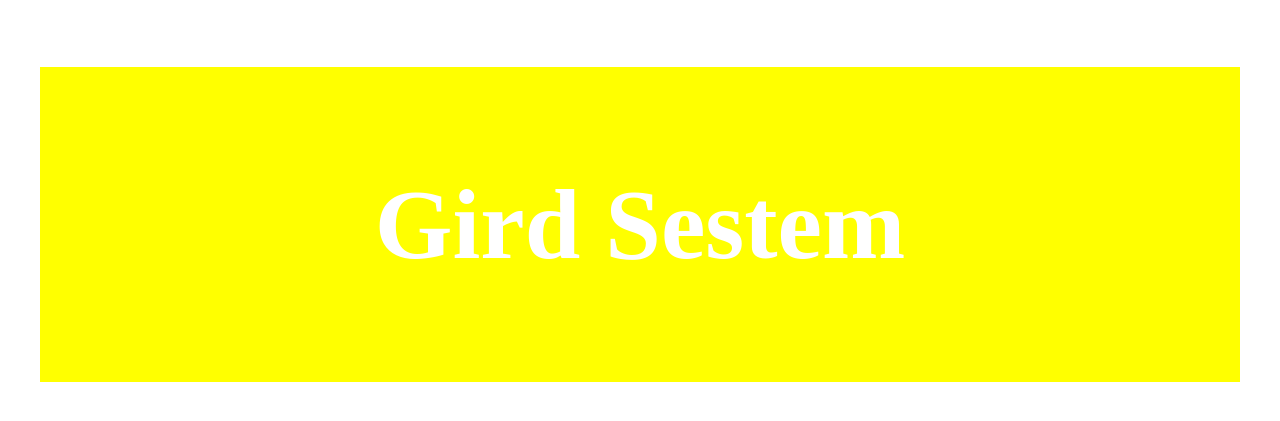
Repository: vanphongnguyen1/webDemo
Page: test.html
These files come from the project's save history. The page is drawn as it stood at one moment and after the next save; the edit follows.
The browser window is 1280 px wide. The pictures show the whole page.

Above is the page before, as saved 2020-10-05 22:32:52.

After the next save:
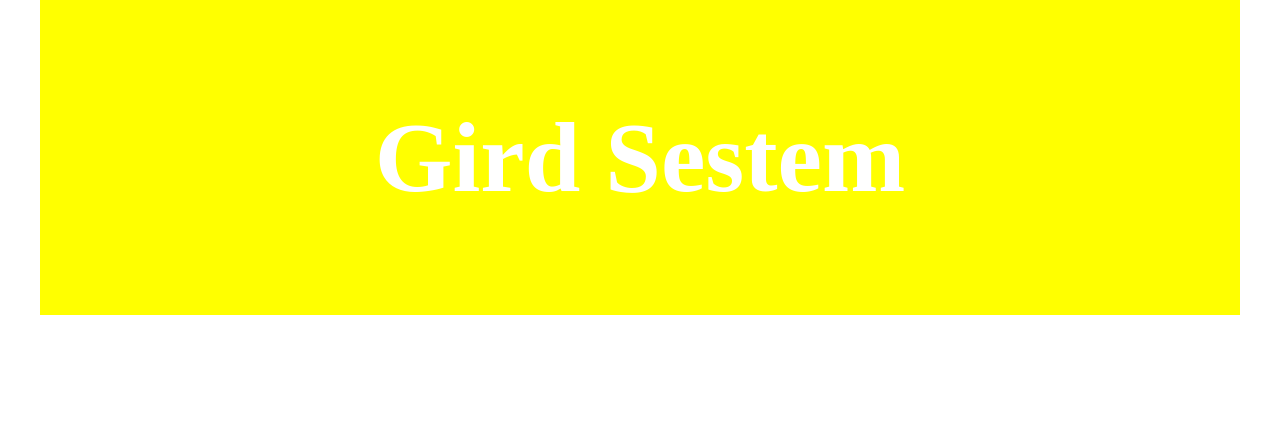
Saved 95 s later.
--- a/test.html
+++ b/test.html
@@ -6,8 +6,10 @@
     <title>Document</title>
     <link rel="stylesheet" href="./tesst.css">
     <style>
-        body {
-            margin:0;
+        * {
+            margin: 0;
+            padding: 0;
+            box-sizing: border-box;
         }
         h1 {
             padding: 100px 0;
